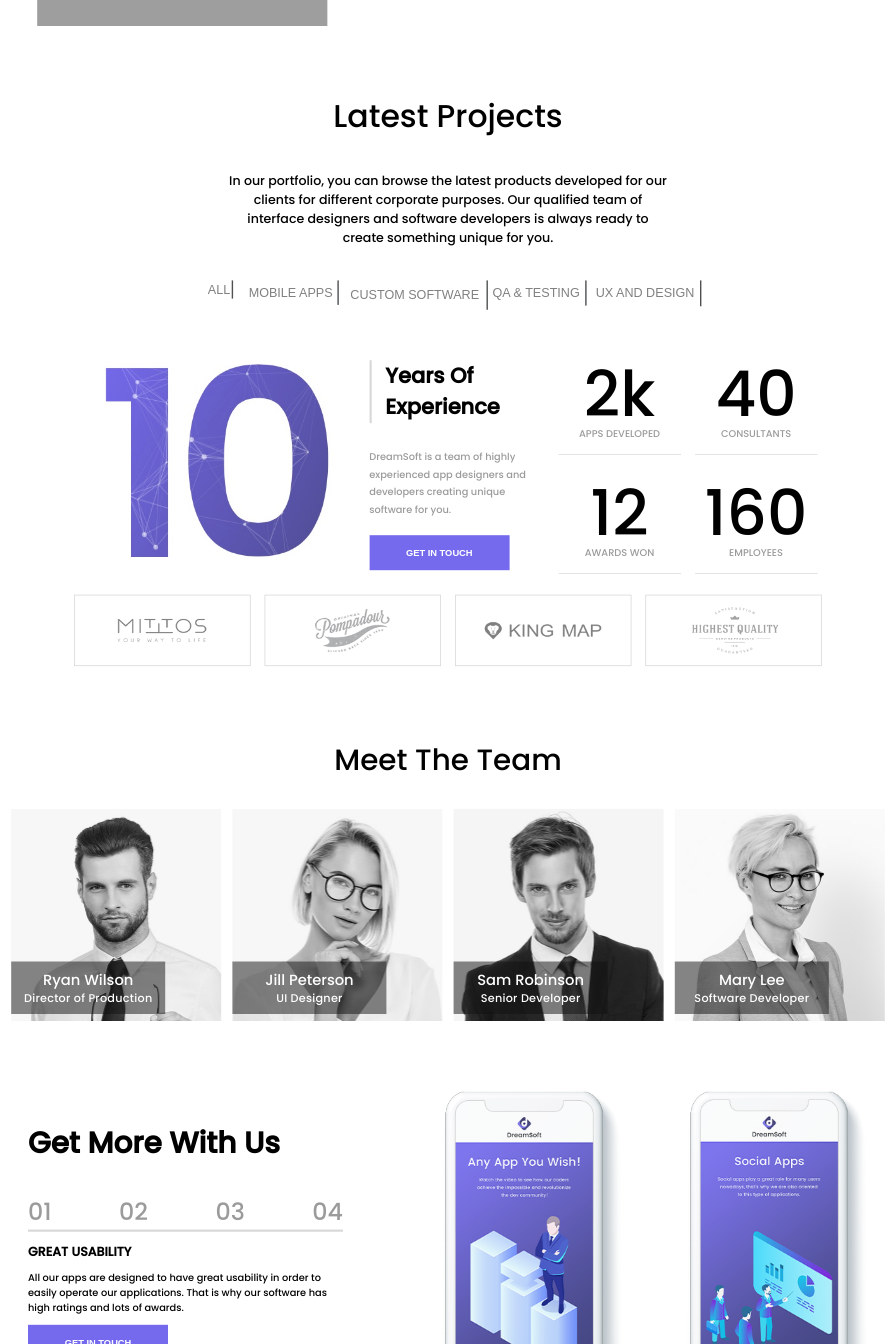
Repository: kkyler24/ladders-bootcamp-awesome
Page: index.html
These files come from the project's save history. The page is drawn as it stood at one moment and after the next save; the edit follows.
The browser window is 1280 px wide. The pictures show the part of the page from y = 1302 to 3222 px (the page is 6186 px tall before and 6192 px after), at 70% of full size.
Pictures or frames that could not be fetched are drawn as grey boxes.

Above is the page before, as saved 2021-03-20 10:44:14.

After the next save:
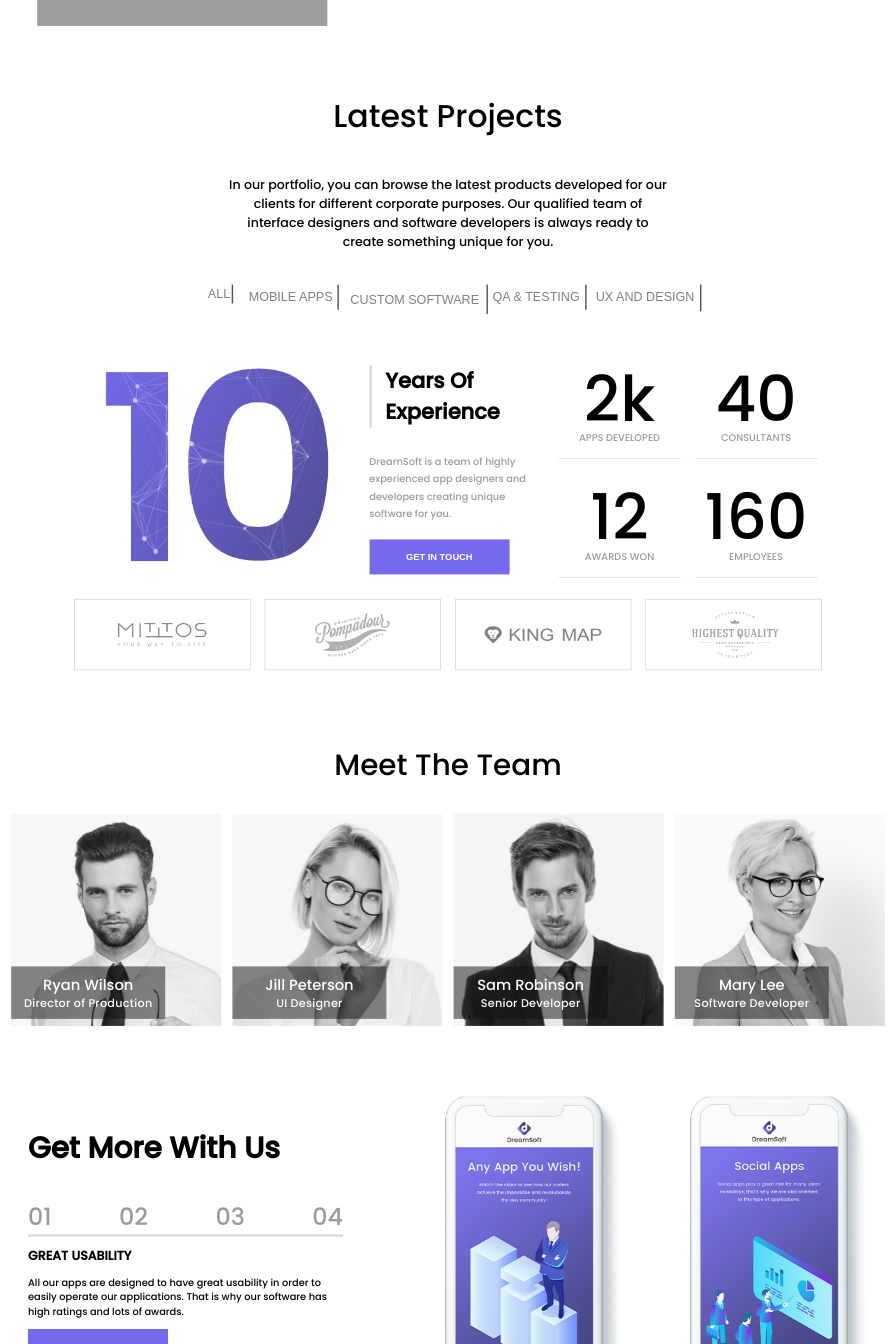
Saved 10 s later.
--- a/kstyle.css
+++ b/kstyle.css
@@ -106,7 +106,7 @@ ul.li.a {
   font-size: 45px;
   font-weight: lighter;
   margin-top: 3%;
-  margin-bottom: .50%;
+  margin-bottom: 1%;
 }
 
 #latestRow{
